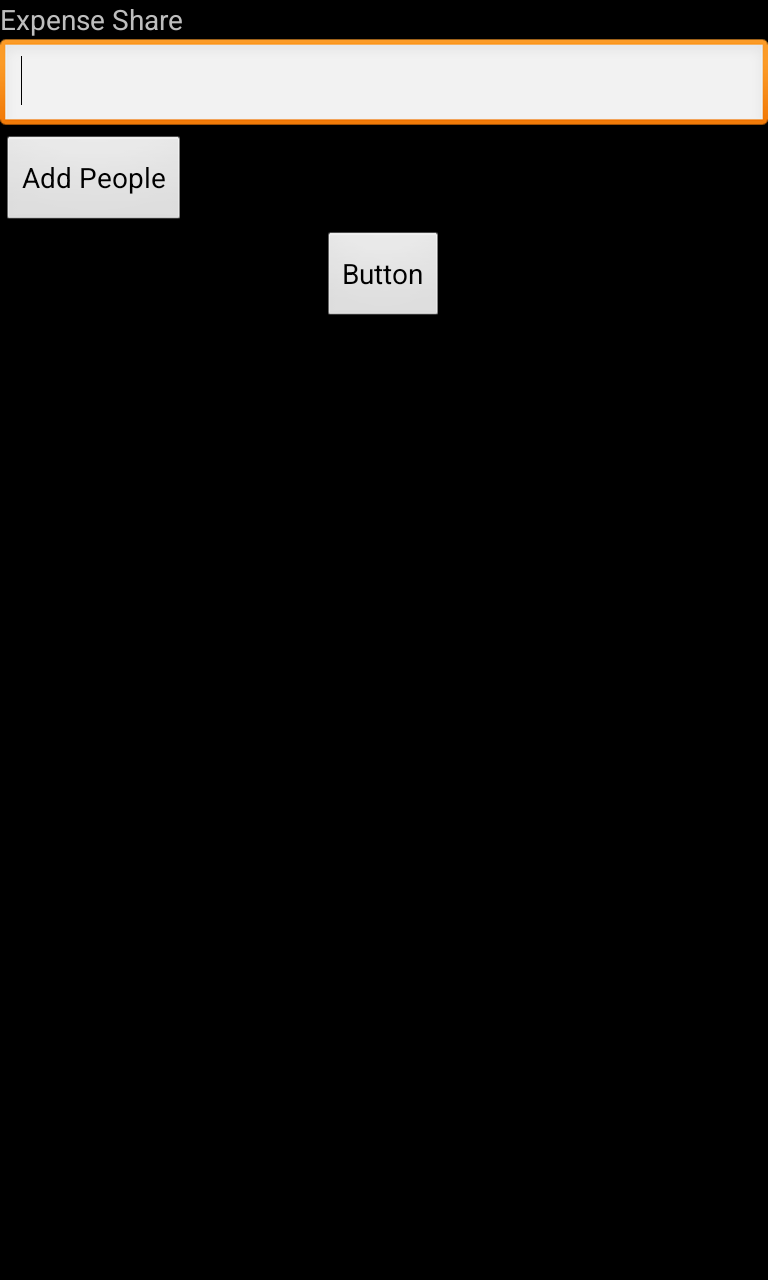
Repository: iyeranan/Expenses
Layout: Expenses/res/layout/main.xml
The author's editor kept a copy of each file at every save. The layout is drawn from the files as they stood at one save, then again after the next save.
It is drawn on a 768 x 1280 px phone screen (xhdpi) without system bars, with theme android:Theme; the app's code is not run.

Above is the layout before, as saved 2012-01-07 19:18:38.

After the next save:
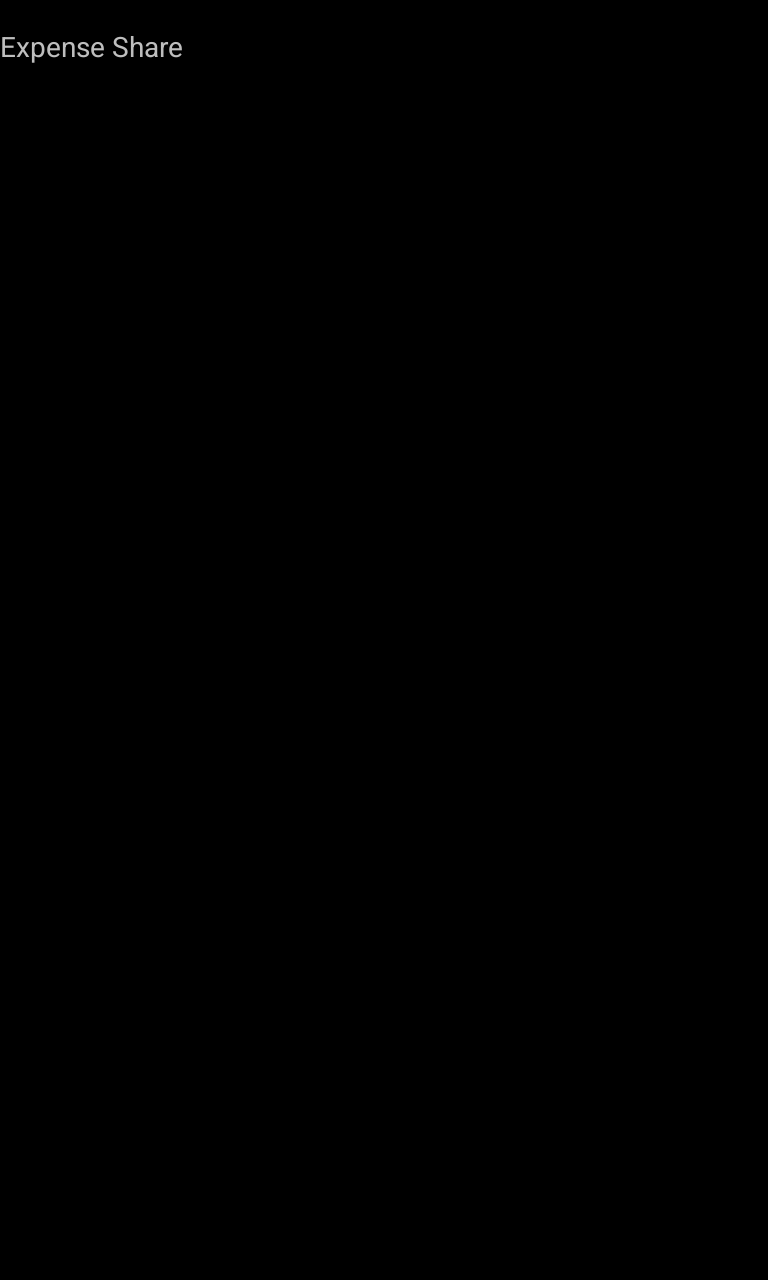
Saved 39 s later.
--- a/Expenses/res/layout/main.xml
+++ b/Expenses/res/layout/main.xml
@@ -1,6 +1,6 @@
 <?xml version="1.0" encoding="utf-8"?>
 <LinearLayout xmlns:android="http://schemas.android.com/apk/res/android"
-    android:orientation="vertical"
+    android:orientation="horizontal"
     android:layout_height="fill_parent" android:layout_width="wrap_content">
 <TextView
     android:layout_width="fill_parent"

After the save that followed:
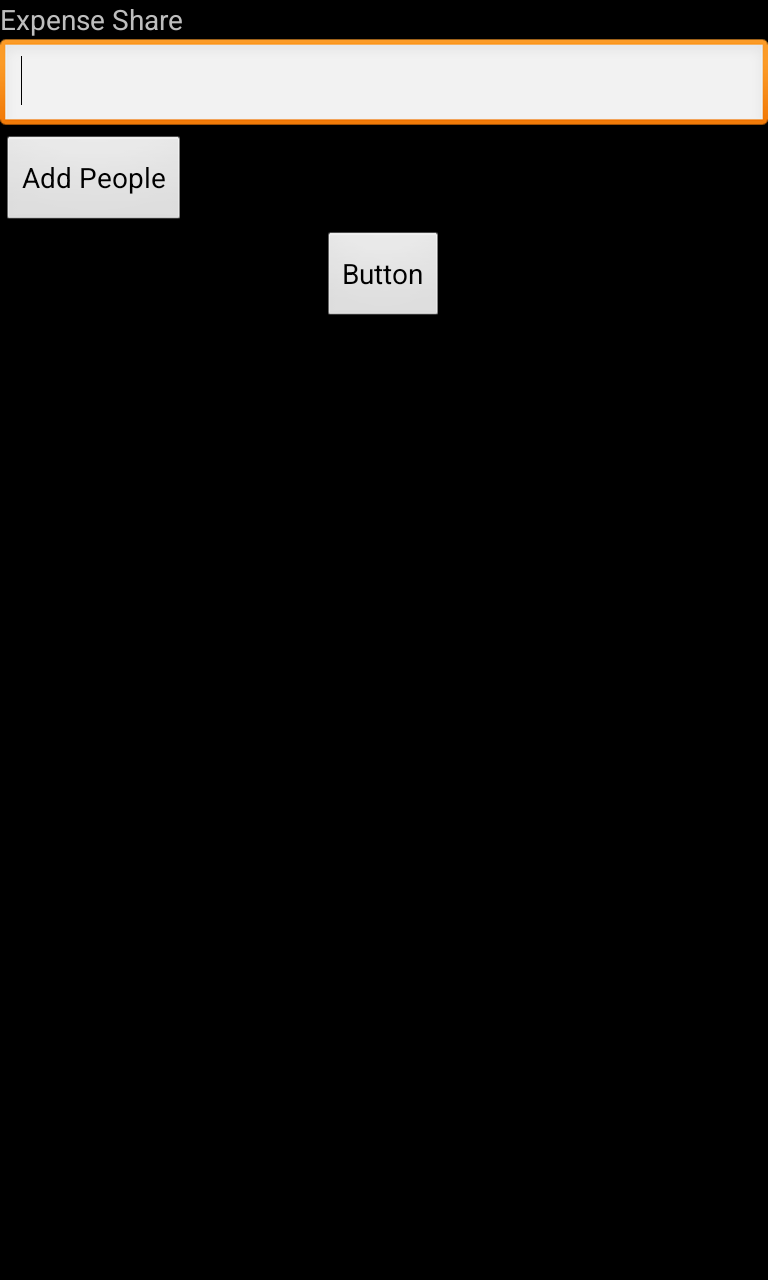
Saved 9 s later.
--- a/Expenses/res/layout/main.xml
+++ b/Expenses/res/layout/main.xml
@@ -1,6 +1,6 @@
 <?xml version="1.0" encoding="utf-8"?>
 <LinearLayout xmlns:android="http://schemas.android.com/apk/res/android"
-    android:orientation="horizontal"
+    android:orientation="vertical"
     android:layout_height="fill_parent" android:layout_width="wrap_content">
 <TextView
     android:layout_width="fill_parent"
